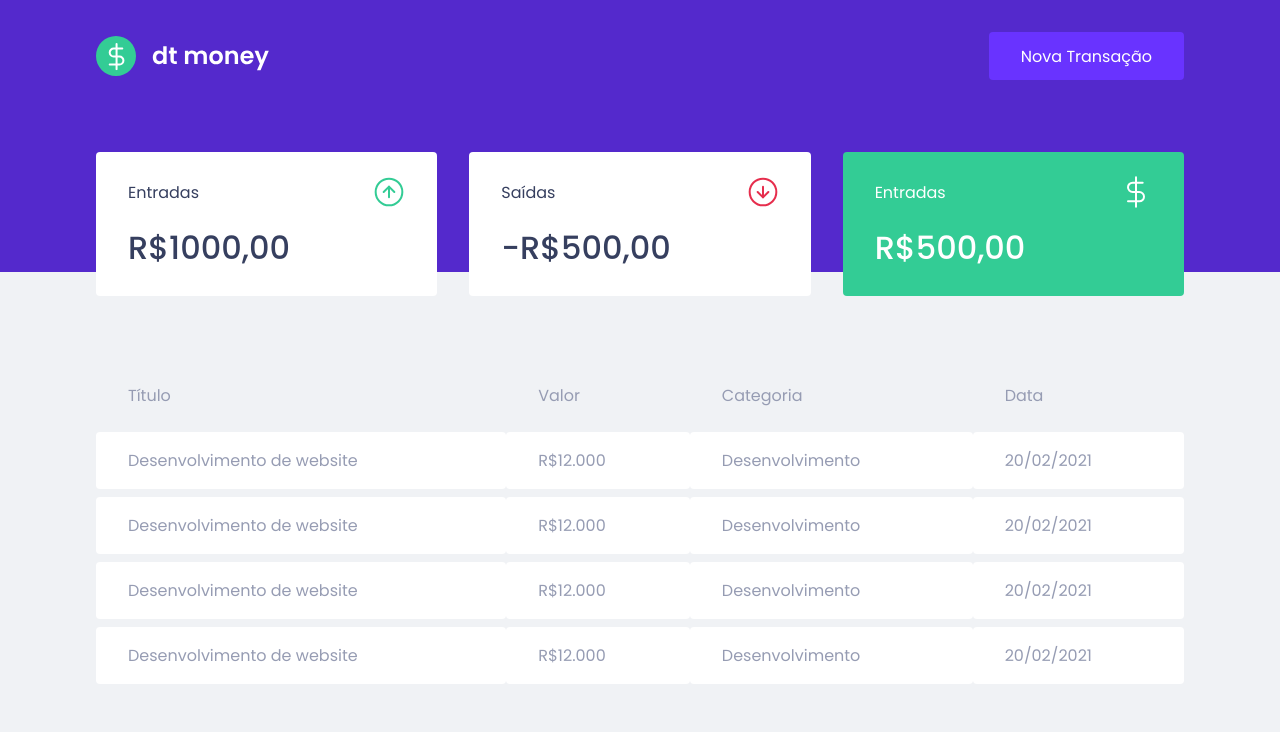
Repository: FreitasGabriel/dtmoney
Page: /
The author's editor kept a copy of each file at every save. The page is drawn from the files as they stood at one save, then again after the next save.
The browser window is 1280 px wide. The pictures show the whole page.
The project was rebuilt for these pictures with package versions that can differ from the ones it lists, and the page was loaded fresh each time.

Above is the page before, as saved 2021-03-16 19:13:24.

### public/index.html
<!DOCTYPE html>
<html lang="en">

<head>
    <link rel="preconnect" href="https://fonts.gstatic.com">
    <meta charset="UTF-8">
    <meta name="viewport" content="width=device-width, initial-scale=1.0">
    <link rel="shortcut icon" href="favicon.png" type="image/png">
    <link href="https://fonts.googleapis.com/css2?family=Poppins:wght@400;500;600&display=swap" rel="stylesheet">
    <title>DT Money</title>
</head>

<body>
    <div id="root"></div>
</body>

</html>

### src/App.tsx
import { Dashboard } from "./components/Dashboard";
import { Header } from "./components/Header";
import { GlobalStyle } from "./styles/global"

export default function App() {
  return (
    <>
      <Header />
      <Dashboard />
      <GlobalStyle />
    </>
  );
}

### src/components/Dashboard/index.tsx
import { Summary } from '../Summary'
import { TransactionsTable } from '../TransactionsTable'
import { Container } from './styles'

export function Dashboard() {
    return (
        <Container>
            <Summary />
            <TransactionsTable />
        </Container>
    )
}

### src/components/Header/index.tsx
import logoImg from "../../assets/logo.svg"
import { Container, Content } from "./styles"

export function Header() {
    return (
        <Container>
            <Content>
                <img src={logoImg} alt="dt money" />
                <button type="button">
                    Nova Transação
                </button>
            </Content>
        </Container>
    )
}

### src/styles/global.ts
import { createGlobalStyle } from 'styled-components'

export const GlobalStyle = createGlobalStyle`

    :root {
        --background: #F0F2F5;
        --shape: #FFFFFF;

        --red: #E52E4D;
        --green: #33CC95;
        --blue: #5429CC;

        --blue-light: #6933FF;
        --text-title: #363F5F;
        --text-body: #969CB3;

    }

    * {
        margin: 0;
        padding: 0;
        box-sizing: border-box;
    }

    //font-size: 16px - padrão(Desktop)
    html {
        @media(max-width: 1080px){
            font-size: 93.75%; // Vai fazer com que o font-size tenha 15px
        }

        @media(max-width: 720px){
            font-size: 87.5%; // Vai fazer com que o font-size tenha 14px
        }
    }

    // REM = 1rem = font-size padrão da página.

    body {
        background: var(--background);
        -webkit-font-smoothing: antialiased;
    }

    body, input, textarea, button {
        font-family: 'Poppins', sans-serif;
        font-weight: 400;
    }

    h1, h2, h3, h4, h5, h6, strong{
        font-weight: 600;
    }

    button {
        cursor: pointer;
    }

    [disabled] {
        opacity: 0.6;
        cursor: not-allowed;
    }


`

### src/components/Summary/index.tsx
import incomeImg from '../../assets/income.svg'
import outcomeImg from '../../assets/outcome.svg'
import totalImg from '../../assets/total.svg'

import { Container } from './styles'

export function Summary() {
    return (
        <Container>
            <div>
                <header>
                    <p>Entradas</p>
                    <img src={incomeImg} alt="Entradas" />
                </header>
                <strong>R$1000,00</strong>
            </div>
            <div>
                <header>
                    <p>Saídas</p>
                    <img src={outcomeImg} alt="Saídas" />
                </header>
                <strong>-R$500,00</strong>
            </div>
            <div className="highlight-background">
                <header>
                    <p>Entradas</p>
                    <img src={totalImg} alt="Total" />
                </header>
                <strong>R$500,00</strong>
            </div>
        </Container>
    )
}

### src/components/TransactionsTable/index.tsx
import { Container } from "./styles";

export function TransactionsTable() {
    return (
        <Container>
            <table>
                <thead>
                    <tr>
                        <th>Título</th>
                        <th>Valor</th>
                        <th>Categoria</th>
                        <th>Data</th>
                    </tr>
                </thead>
                <tbody>
                    <tr>
                        <td className="title">Desenvolvimento de website</td>
                        <td>R$12.000</td>
                        <td>Desenvolvimento</td>
                        <td>20/02/2021</td>
                    </tr>
                    <tr>
                        <td className="title">Desenvolvimento de website</td>
                        <td>R$12.000</td>
                        <td>Desenvolvimento</td>
                        <td>20/02/2021</td>
                    </tr>
                    <tr>
                        <td className="title">Desenvolvimento de website</td>
                        <td>R$12.000</td>
                        <td>Desenvolvimento</td>
                        <td>20/02/2021</td>
                    </tr>
                    <tr>
                        <td className="title">Desenvolvimento de website</td>
                        <td>R$12.000</td>
                        <td>Desenvolvimento</td>
                        <td>20/02/2021</td>
                    </tr>
                </tbody>
            </table>
        </Container>
    )
}

### src/components/Dashboard/styles.ts
import styled from 'styled-components'

export const Container = styled.main`
    max-width: 1120px;
    margin: 0 auto;
    padding: 2.5rem 1rem;
`

### src/components/Header/styles.ts
import styled from 'styled-components'

export const Container = styled.header`
    background: var(--blue);
`

export const Content = styled.div`
    max-width: 1120px;
    margin: 0 auto;

    padding: 2rem 1rem 12rem;
    display: flex;
    align-items: center;
    justify-content: space-between;

    button{
        font-size: 1rem;
        color: var(--shape);
        background: var(--blue-light);
        border: 0;
        padding: 0 2rem;
        border-radius: 0.25rem;
        height: 3rem;

        transition: filter 0.2s;

        &:hover{
            filter: brightness(0.9);
        }
    }


`

### src/components/Summary/styles.ts
import styled from 'styled-components'

export const Container = styled.div`
    display: grid;
    grid-template-columns: repeat(3, 1fr);
    gap: 2rem;
    margin-top: -10rem;

    div {
        background: var(--shape);
        padding: 1.5rem 2rem;
        border-radius: 0.25rem;
        color: var(--text-title);

        header {
            display: flex;
            align-items: center;
            justify-content: space-between;
        }

        strong {
            display: block;
            margin-top: 1rem;
            font-size: 2rem;
            font-weight: 500;
            line-height: 3rem;
        }

        &.highlight-background{
            background: var(--green);
            color: var(--shape);
        }
    }
`

### src/components/TransactionsTable/styles.ts
import styled from 'styled-components'

export const Container = styled.div`

    margin-top: 4rem;

    table {
        width: 100%;
        border-spacing: 0 0.5rem;

        th {
            color: var(--text-body);
            font-weight: 400;
            padding: 1rem 2rem;
            text-align: left;
            line-height: 1.5rem;
        }

        td {
            padding: 1rem 2rem;
            border: 0;
            background: var(--shape);
            color: var(--text-body);
            border-radius: 0.25rem;
        }
    }
`

Loaded but not shown: src/index.tsx (common file)

After the next save:
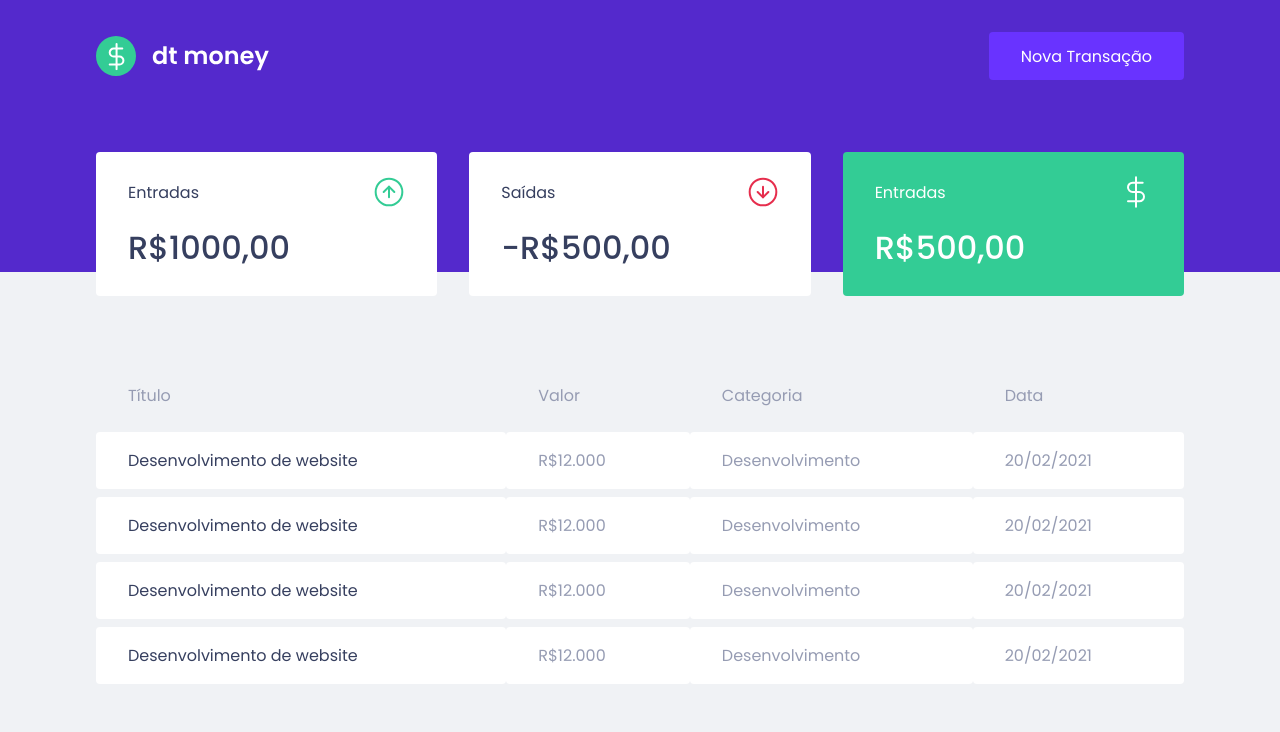
Saved 39 s later.
--- a/src/components/TransactionsTable/styles.ts
+++ b/src/components/TransactionsTable/styles.ts
@@ -22,6 +22,10 @@
             background: var(--shape);
             color: var(--text-body);
             border-radius: 0.25rem;
+
+            &:first-child{
+                color: var(--text-title)
+            }
         }
     }
 `
